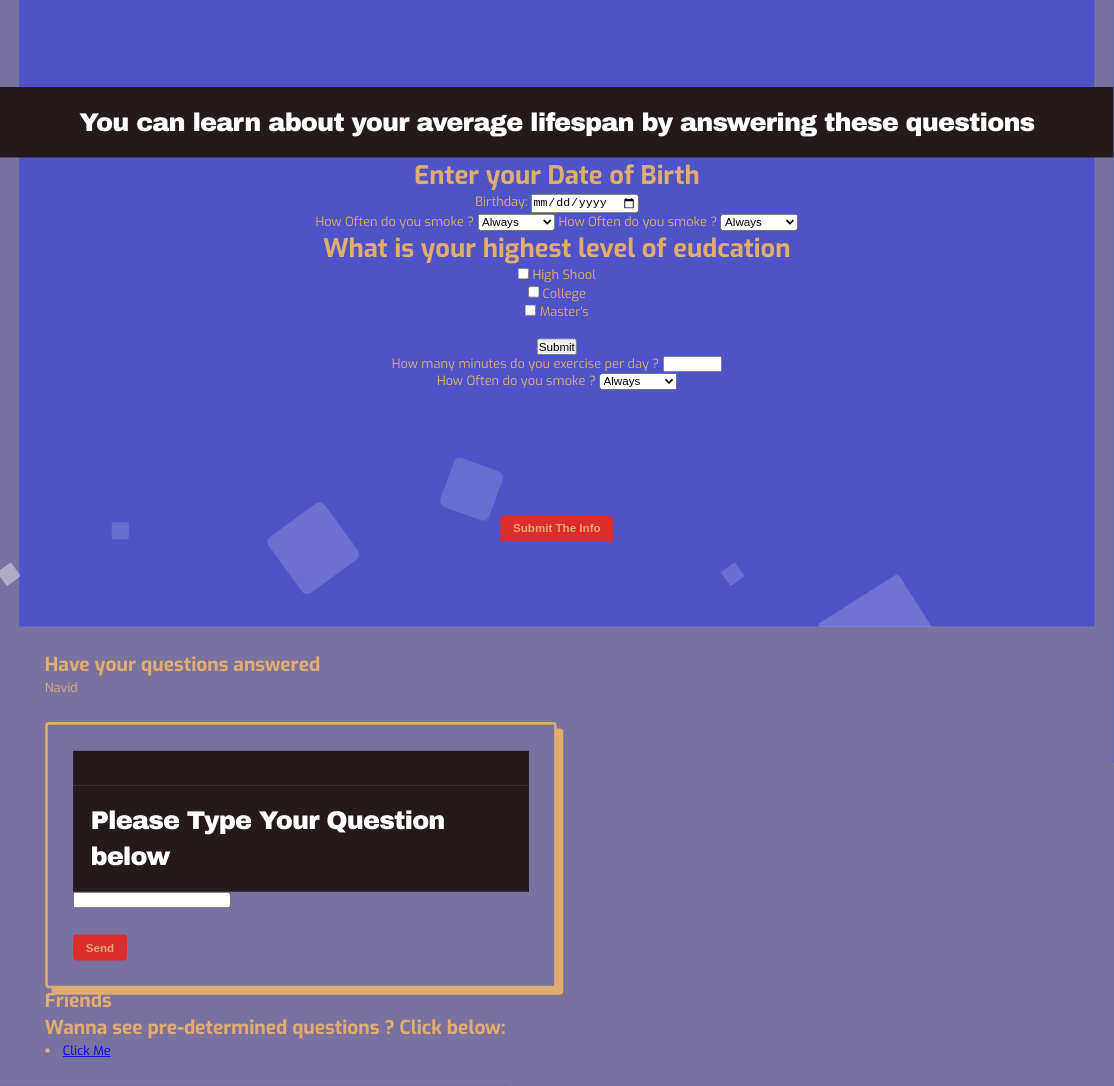
Repository: navid-amini12/capstone-1
Page: wordgame.html
These files come from the project's save history. The page is drawn as it stood at one moment and after the next save; the edit follows.
The browser window is 1280 px wide. The pictures show the whole page, at 87% of full size.
Some web fonts or font styles are not loaded; a fallback is used.

Above is the page before, as saved 2022-05-27 23:01:39.

### wordgame.html

<link rel="stylesheet" type="text/css" href="cssfiles/quiz.css">



  <div class="context">

</div>


<div class="area" >

        <ul class="circles">

                <li></li>
                <li></li>
                <li></li>
                <li></li>
                <li></li>
                <li></li>
                <li></li>
                <div id = "game">  <h2>You can learn about your average lifespan by answering these questions </h1><h1>Enter your Date of Birth</h1>

                  <form action="/action_page.php">
                    <label for="birthday">Birthday:</label>
                    <input type="date" id="birthday" name="birthday">

                  </form>

              <label for="cars">How Often do you smoke ?</label>

              <select id="questions">
                <option value="volvo">Always</option>
                <option value="saab">Often</option>
                <option value="opel">Sometimes</option>
                <option value="audi">Rarely</option>
                <option value="audi">Never</option>
              </select>

              <label for="cars">How Often do you smoke ?</label>

              <select id="questions">
                <option value="volvo">Always</option>
                <option value="saab">Often</option>
                <option value="opel">Sometimes</option>
                <option value="audi">Rarely</option>
                <option value="audi">Never</option>
              </select>

              <h1>What is your highest level of eudcation</h1>

              <form action="/action_page.php">
                <input type="checkbox" id="vehicle1" name="vehicle1" value="Bike">
                <label for="vehicle1"> High Shool</label><br>
                <input type="checkbox" id="vehicle2" name="vehicle2" value="Car">
                <label for="vehicle2"> College</label><br>
                <input type="checkbox" id="vehicle3" name="vehicle3" value="Boat">
                <label for="vehicle3"> Master's</label><br><br>
                <input type="submit" value="Submit">
              </form>

              <form>
                  <label for="quantity">How many minutes do you exercise per day ? </label>
                  <input type="number" id="quantity" name="quantity" min="0" max="1000">
                </form>




              <label for="cars">How Often do you smoke ?</label>

              <select id="questions">
                <option value="volvo">Always</option>
                <option value="saab">Often</option>
                <option value="opel">Sometimes</option>
                <option value="audi">Rarely</option>
                <option value="audi">Never</option>
              </select>
              <br>
              <br>
              <br>
              <br>
              <br>
              <br>
              <br>
              <br>
              <button id = "submitInfo">Submit The Info</button>
                  <li></li>
                  <li></li>
                  <li></li>

          </ul>
  </div >

     </div>

<head>
  <link rel="stylesheet" href="cssfiles/Life.css">
  </head>

<article class="l-design-widht">
  <h1>Have your questions answered</h1>

 <p>Navid</p>

  <div class="card">
    <h2><svg class="icon" aria-hidden="true">
      <h2>Please Type Your Question below</h2>

      <input class="input__field" type="text" placeholder=" " />


    <div class="button-group">
      <button id = submitInfo >Send</button>
    </div>
  </div>


  <body class="container">
    <h1>Friends</h1>
    <ul id="people" class=""></ul>


    <script src="https://unpkg.com/axios/dist/axios.min.js"></script>
    <script>

      document.getElementById("submitInfo").onclick = function () {
        axios
          .get("http://localhost:4000/api/quiz")
          .then(function (response) {
            const data = response.data;
            document.getElementById("people").innerHTML = data
              .map(function (person) {
                return '<li class="row">' + person;
              })
              .join("");
          })
          .catch(function (err) {
            document.getElementById("people").innerHTML =
              '<li class="text-danger">' + err.message + "</li>";
          });
      };
    </script>
  </body>
</html>
  <h1>Wanna see pre-determined questions ? Click below:</h1>
  <li><a href="questions.html">Click Me</a></li>

### cssfiles/quiz.css
@import url('https://rsms.me/inter/inter.css');

:root {
  --color-light: rgb(121, 114, 160);
  --color-dark: #e1ac6e;
  --color-signal: #dd2c2c;

  --color-background: var(--color-light);
  --color-text: var(--color-dark);
  --color-accent: var(--color-signal);

  --size-bezel: .5rem;
  --size-radius: 4px;

  line-height: 1.4;

  font-family: 'Inter', sans-serif;
  font-size: calc(.6rem + .4vw);
  color: var(--color-text);
  background: var(--color-background);
  font-weight: 300;
  padding: 0 calc(var(--size-bezel) * 3);
}





.card {
  background: var(--color-background);
  padding: calc(4 * var(--size-bezel));
  margin-top: calc(4 * var(--size-bezel));
  border-radius: var(--size-radius);
  border: 3px solid var(--color-shadow, currentColor);
  box-shadow: .5rem .5rem 0 var(--color-shadow, currentColor);




}


.l-design-widht {
  max-width: 40rem;
  padding: 2rem;
}

.input {
  position: relative;
}
.button-group {
  margin-top: 30px
}
button {
  color: currentColor;
  padding: var(--size-bezel) calc(var(--size-bezel) * 2);
  background: var(--color-accent);
  border: none;
  border-radius: var(--size-radius);
  font-weight: 900;
}


.icon {
  display: inline-block;
  height: 0em;
  margin-right: .5em;
}

### cssfiles/Life.css
@import url('https://fonts.googleapis.com/css?family=Exo:400,700');

*{
    margin: 0px;
    padding: 0px;
}

body{
    font-family: 'Exo', sans-serif;
}


.context {
    width: 100%;
    position: absolute;
    top:50vh;

}

.context h1{
    text-align: center;
    color: #fff;
    font-size: 50px;
}


.area{
    background: #4e54c8;
    background: -webkit-linear-gradient(to left, #8f94fb, #4e54c8);
    width: 100%;
    height:100vh;


}

.circles{
    position: absolute;
    top: 0;
    left: 0;
    width: 100%;
    height: 100%;
    overflow: hidden;
}

.circles li{
    position: absolute;
    display: block;
    list-style: none;
    width: 20px;
    height: 20px;
    background: rgba(255, 255, 255, 0.2);
    animation: animate 25s linear infinite;
    bottom: -150px;

}

.circles li:nth-child(1){
    left: 25%;
    width: 80px;
    height: 80px;
    animation-delay: 0s;
}


.circles li:nth-child(2){
    left: 10%;
    width: 20px;
    height: 20px;
    animation-delay: 2s;
    animation-duration: 12s;
}

.circles li:nth-child(3){
    left: 70%;
    width: 20px;
    height: 20px;
    animation-delay: 4s;
}

.circles li:nth-child(4){
    left: 40%;
    width: 60px;
    height: 60px;
    animation-delay: 0s;
    animation-duration: 18s;
}

.circles li:nth-child(5){
    left: 65%;
    width: 20px;
    height: 20px;
    animation-delay: 0s;
}

.circles li:nth-child(6){
    left: 75%;
    width: 110px;
    height: 110px;
    animation-delay: 3s;
}

.circles li:nth-child(7){
    left: 35%;
    width: 150px;
    height: 150px;
    animation-delay: 7s;
}

.circles li:nth-child(8){
    left: 50%;
    width: 25px;
    height: 25px;
    animation-delay: 15s;
    animation-duration: 45s;
}

.circles li:nth-child(9){
    left: 20%;
    width: 15px;
    height: 15px;
    animation-delay: 2s;
    animation-duration: 35s;
}

.circles li:nth-child(10){
    left: 85%;
    width: 150px;
    height: 150px;
    animation-delay: 0s;
    animation-duration: 11s;
}



@keyframes animate {

    0%{
        transform: translateY(0) rotate(0deg);
        opacity: 1;
        border-radius: 0;
    }

    100%{
        transform: translateY(-1000px) rotate(720deg);
        opacity: 0;
        border-radius: 50%;
    }

}
#game {
    padding-top: 100px;
    text-align:center;

}
h2{
    padding:  20px;
    font-family: "Arial Black", sans-serif;
    font-size: 2em;
    letter-spacing: -1px;
    background-color: rgb(37, 26, 26);
    color: white;
   }

After the next save:
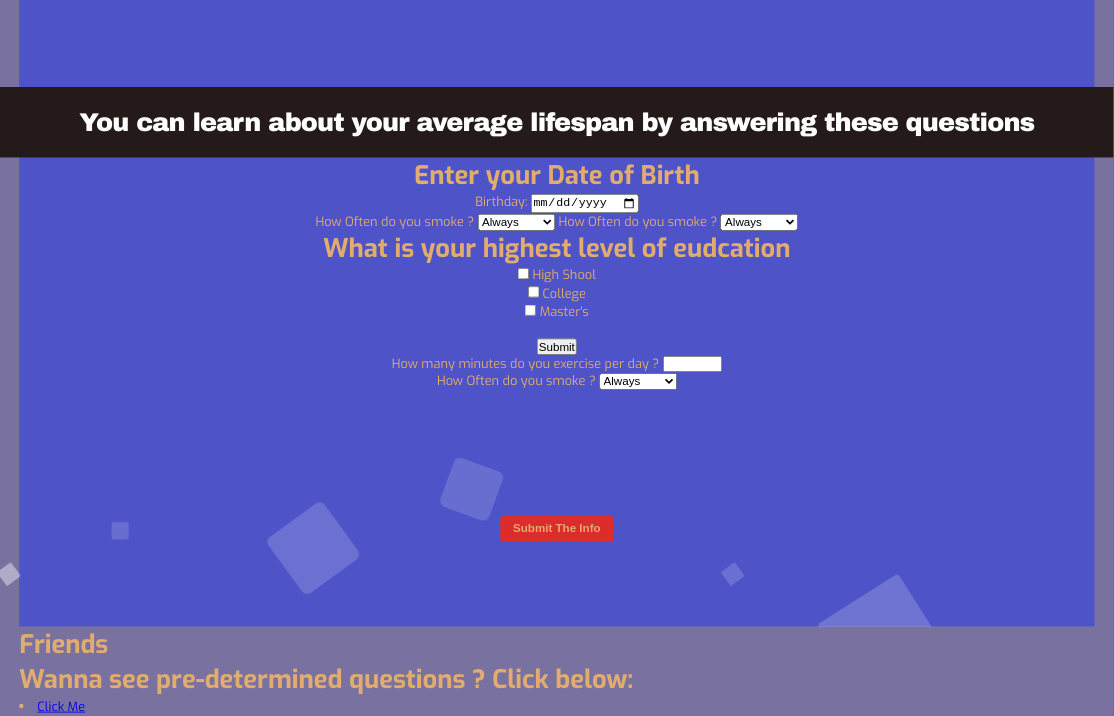
Saved 40 s later.
--- a/wordgame.html
+++ b/wordgame.html
@@ -98,22 +98,7 @@
   <link rel="stylesheet" href="cssfiles/Life.css">
   </head>
 
-<article class="l-design-widht">
-  <h1>Have your questions answered</h1>
 
- <p>Navid</p>
-
-  <div class="card">
-    <h2><svg class="icon" aria-hidden="true">
-      <h2>Please Type Your Question below</h2>
-
-      <input class="input__field" type="text" placeholder=" " />
-
-
-    <div class="button-group">
-      <button id = submitInfo >Send</button>
-    </div>
-  </div>
 
 
   <body class="container">
